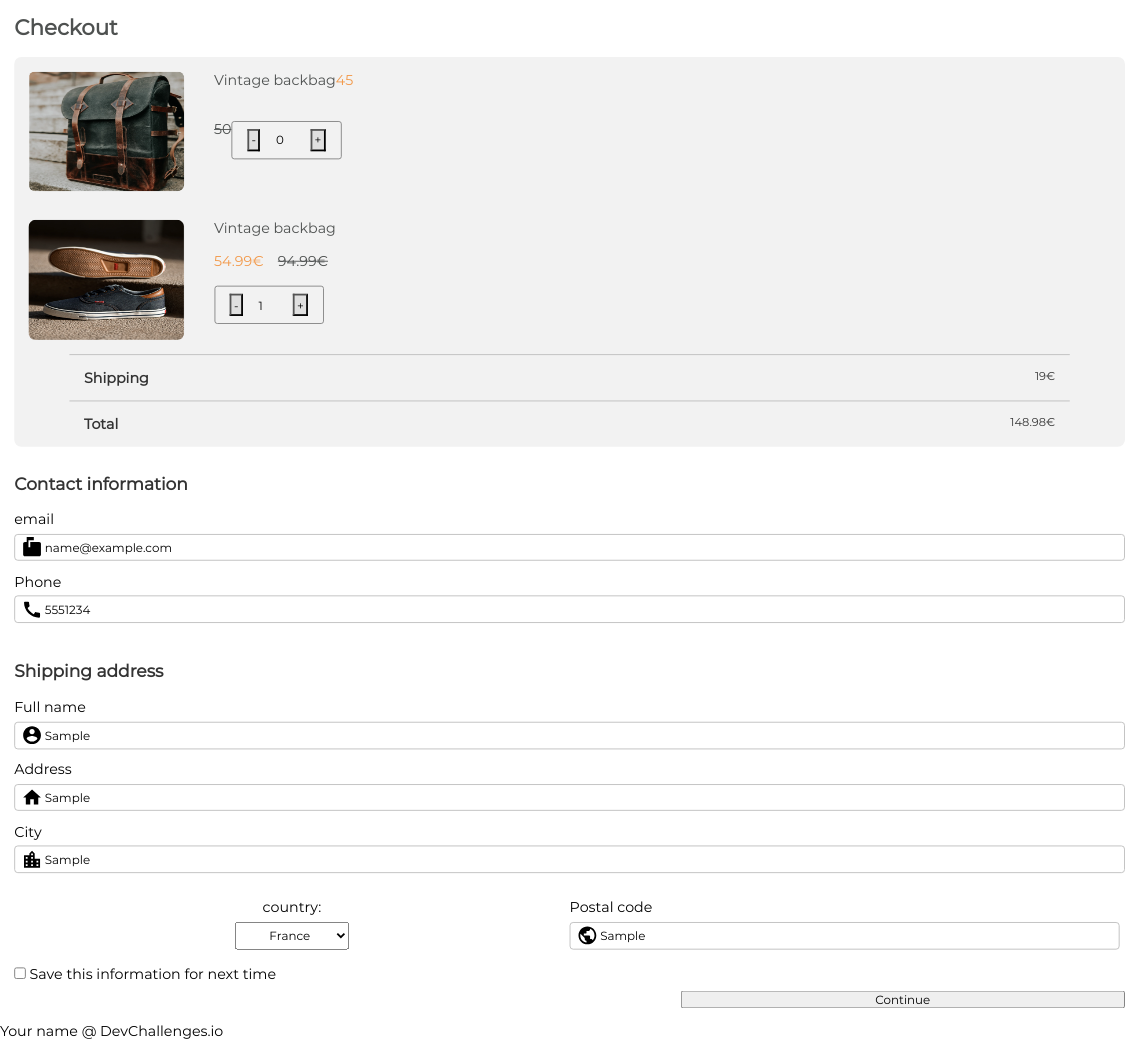
Repository: dubar-jeremy/checkout-page-master
Page: index.html
The author's editor kept a copy of each file at every save. The page is drawn from the files as they stood at one save, then again after the next save.
The browser window is 1280 px wide. The pictures show the whole page, at 89% of full size.
Empty fields were first filled with sample values (such as "Sample", 5 or name@example.com).
After loading, the first visible `button.nbr-article` was clicked once.
The style sheet was rebuilt from its Sass, Less or Tailwind sources for each picture, by a compiler version that may differ from the author's.

Above is the page before, as saved 2021-01-31 02:02:39.
Console error: TypeError: Cannot set properties of null (setting 'innerHTML')

### index.html
<!doctype html>
<html lang="fr">
<head>
  <meta charset="UTF-8">
  <meta name="viewport"
        content="width=device-width, user-scalable=no, initial-scale=1.0, maximum-scale=1.0, minimum-scale=1.0">
  <meta http-equiv="X-UA-Compatible" content="ie=edge">
  <link rel="stylesheet" href="style/style.css">
  <link href="https://fonts.googleapis.com/icon?family=Material+Icons"
        rel="stylesheet">
  <title>Document</title>
  <script src="js/form.js" type="text/javascript"></script>
</head>
<body>

<main>
  <div class="grid-container">
    <h1>Checkout</h1>
    <form>
      <h2>Contact information</h2>
      <div>
      <label for="email">email</label>
      <input class="email" type="email" name="email" id="email">
      <span class="invalid valid" id="email">E-mail invalide</span>
      </div>

      <div>
      <label for="tel">Phone</label>
      <input class="tel" type="tel" name="tel" id="tel">
      <span class="invalid">Numéro inccorect</span>
      </div>

      <h2>Shipping address</h2>

      <div>
      <label for="name">Full name</label>
      <input class="name" type="text" name="name" id="name">
      <span class="invalid">Champ obligatoire</span>
      </div>

      <div>
      <label for="address">Address</label>
      <input class="address" type="text" name="address" id="address">
      <span class="invalid">Champ obligatoire</span>
      </div>

      <div>
      <label for="city">City</label>
      <input class="city" type="text" name="city" id="city">
      <span class="invalid">Champ obligatoire</span>
      </div>


      <div class="form-btn">
        <div class="select-country">
          <label for="country">country:</label>
          <select id="country">
            <option value="france">France</option>
            <option value="england">Angleterre</option>
            <option value="spain">Espagne</option>
          </select>
          <span class="invalid">Champ obligatoire</span>
        </div>
        <div class="input-postal-code">
          <label for="postalCode">Postal code</label>
          <input class="postal-code" type="text" name="postalCode" id="postalCode">
          <span class="invalid">Champ obligatoire</span>
        </div>
      </div>

      <div>
        <input type="checkbox">
        <label>Save this information for next time</label>
      </div>
      <button type="submit">Continue</button>
    </form>
    <div class="checkout-container">
      <div class="inner-block">
        <img src="img/photo1.png">
        <div class="details-article">
          <h2>Vintage backbag</h2>
          <span class="new-price">54.99€</span>
          <span class="old-price">94.99€</span>
          <div class="click">
            <button class="nbr-article minus">-</button>
            <input type="text" value="0" class="nbr-value">
            <button class="nbr-article plus">+</button>
          </div>
        </div>
        <img src="img/photo2.png">
        <div class="details-article">
          <h2>Vintage backbag</h2>
          <span class="new-price">54.99€</span>
          <span class="old-price">94.99€</span>
          <div class="click">
            <button class="nbr-article">-</button>
            <input type="text" value="1">
            <button class="nbr-article">+</button>
          </div>
        </div>
      </div>
      <div class="price-part">
        <p>Shipping</p>
        <p>19€</p>
      </div>
      <div class="price-part">
        <p>Total</p>
        <p>148.98€</p>
      </div>
      <div>
      </div>
    </div>
</main>
<footer>
  <p>Your name @ DevChallenges.io</p>
</footer>
<!--<span class="material-icons">email</span>
<span class="material-icons">call</span>
<span class="material-icons">account_circle</span>
<span class="material-icons">home</span>
<span class="material-icons">location_city</span>
<span class="material-icons">public</span>
<span class="material-icons">markunread_mailbox</span>-->
</body>
</html>

### js/form.js
window.onload = function() {

  const plus = document.querySelector(".plus").addEventListener("click", increase);
  const minus = document.querySelector(".minus").addEventListener("click", decrease);

  let i = 0;
  let initialPrice = 50;
  let priceAfterDiscount = increase();

  function increase() {
      // price * 10 / 100 = 10% reduce
      i++

      let items = document.querySelector(".nbr-value").value = i;
      let qty = parseInt(items);
      let newPrice = initialPrice * qty;
      let priceBeforeDiscount = newPrice; // obligé de re assigner ici plutot qu'à la ligne 16 sinon erreur ??
      document.querySelector(".old-price").innerHTML = priceBeforeDiscount;
      newPrice -= newPrice * 10 / 100;
      let priceAfterDiscount = newPrice; // meme chose ici ??
      document.querySelector(".new-price").innerHTML = priceAfterDiscount;
      return priceAfterDiscount;
  }

  function decrease() {
      if (i >= 1) {
          i--
          let items = document.querySelector(".nbr-value").value = i;
          let qty = parseInt(items);
          let currentPrice = qty * priceAfterDiscount;
          document.querySelector("old-price").innerHTML = currentPrice;
          console.log(currentPrice);
      }
  }

}

### style/style.scss
/*
Colors, fonts & reset
*/

$main-title: #4e5150;
$sub-title: #333333;
$btn-price: #f2994a;

$form-title: #4f4f4f;
$form-placeholder: #828282;

$background-nbr-article: #e0e0e0;

$background-price: #f2f2f2;

@font-face {
  font-family: "Montserrat";
  src: url("/fonts/Montserrat/Montserrat-Regular.ttf") format("truetype");
}

* {
  margin: 0;
  padding: 0;
  box-sizing: border-box;
  font-family: "Montserrat", sans-serif;
}

/*
  Main area
*/

.grid-container {
  display: grid;
  grid-template-columns: 1fr;
  margin: 1em;

  h1 {
    grid-row: 1 / 2;
    color: $main-title;
    font-size: 1.5em;
    margin-bottom: 0.8em;
  }
}

form {
  display: flex;
  flex-direction: column;

  h2 {
    color: $sub-title;
    font-size: 1.2em;
    margin-top: 1.5em;
    margin-bottom: 1em;
  }

  input {
    width: 100%;
    margin-bottom: 1em;
    margin-top: 0.5em;
  }

  input[type="checkbox"] {
    width: inherit;
  }

  @mixin iconStyle {
    background-color: transparent;
    background-repeat: no-repeat;
    background-position: 0.5em center;
    padding-left: 2.5em;
    height: 2.3em;
    border: 0.09em solid #bdbdbd;
    border-radius: 0.3em;
  }

  .email {
    @include iconStyle;
    background-image: url("../icons/markunread_mailbox-24px.svg");
  }
  .tel {
    @include iconStyle;
    background-image: url("../icons/call-24px.svg");
  }
  .name {
    @include iconStyle;
    background-image: url("../icons/account_circle-24px.svg");
  }
  .address {
    @include iconStyle;
    background-image: url("../icons/home-24px.svg");
  }
  .city {
    @include iconStyle;
    background-image: url("../icons/location_city-24px.svg");
  }
  .postal-code {
    @include iconStyle;
    width: 99%;
    background-image: url("../icons/public-24px.svg");
  }

  .form-btn {
    width: 100%;
    display: flex;
    justify-content: space-between;
    margin-top: 1em;
    flex-wrap: wrap;
    align-items: center;

    .select-country {
      flex-basis: 50%;
      display: flex;
      flex-wrap: wrap;
      justify-content: center;

      label {
        width: 100%;
        text-align: center;
      }

      select {
        height: 2.3em;
        padding-left: 2.5em;
        margin-bottom: 1em;
        margin-top: 0.5em;
      }
    }

    .input-postal-code {
      flex-basis: 50%;
    }
  }

  button {
    width: 40%;
    align-self: end;
  }
}

.checkout-container {
  grid-row: 2 / 3;
  background: $background-price;
  border-radius: 0.5em;
}

.inner-block {
  display: grid;
  grid-template-columns: 1fr 1fr;
  grid-gap: 2em;
  max-width: 385px;
  max-height: 535px;
  margin: 1em;

  h2 {
    color: $main-title;
    display: inline;
    font-size: 1em;
    font-weight: normal;
  }

  img {
    width: 100%;
    max-width: 175px;
    max-height: 135px;
    border-radius: 0.5em;
  }

  .details-article {
    display: flex;
    flex-wrap: wrap;

    .new-price {
      color: $btn-price;
      margin-right: 1em;
    }

    .old-price {
      color: $main-title;
      text-decoration: line-through;
    }

    .click {
      display: flex;
      justify-content: space-around;
      width: 70%;
      height: min-content;
      background: transparent;
      border: 0.1em solid $form-placeholder;
      border-radius: 0.2em;
      padding: 0.5em;

      input {
        background: transparent;
        width: 20%;
        border: none;
      }

      .nbr-article {
        background: $background-nbr-article;
        padding: 0.2em;
      }
    }
  }
}

.price-part {
  display: flex;
  justify-content: space-between;
  width: 90%;
  margin: 0 auto;
  padding: 1em;
  border-top: 1px solid #bdbdbd;
  color: #333333;

  p:nth-child(1) {
    color: $sub-title;
    font-weight: bold;
  }

  p:nth-child(2) {
    font-size: 0.8em;
  }
}

.invalid {
  display: none;
  color: red;
}

.valid {
  color: green;
}

After the next save:
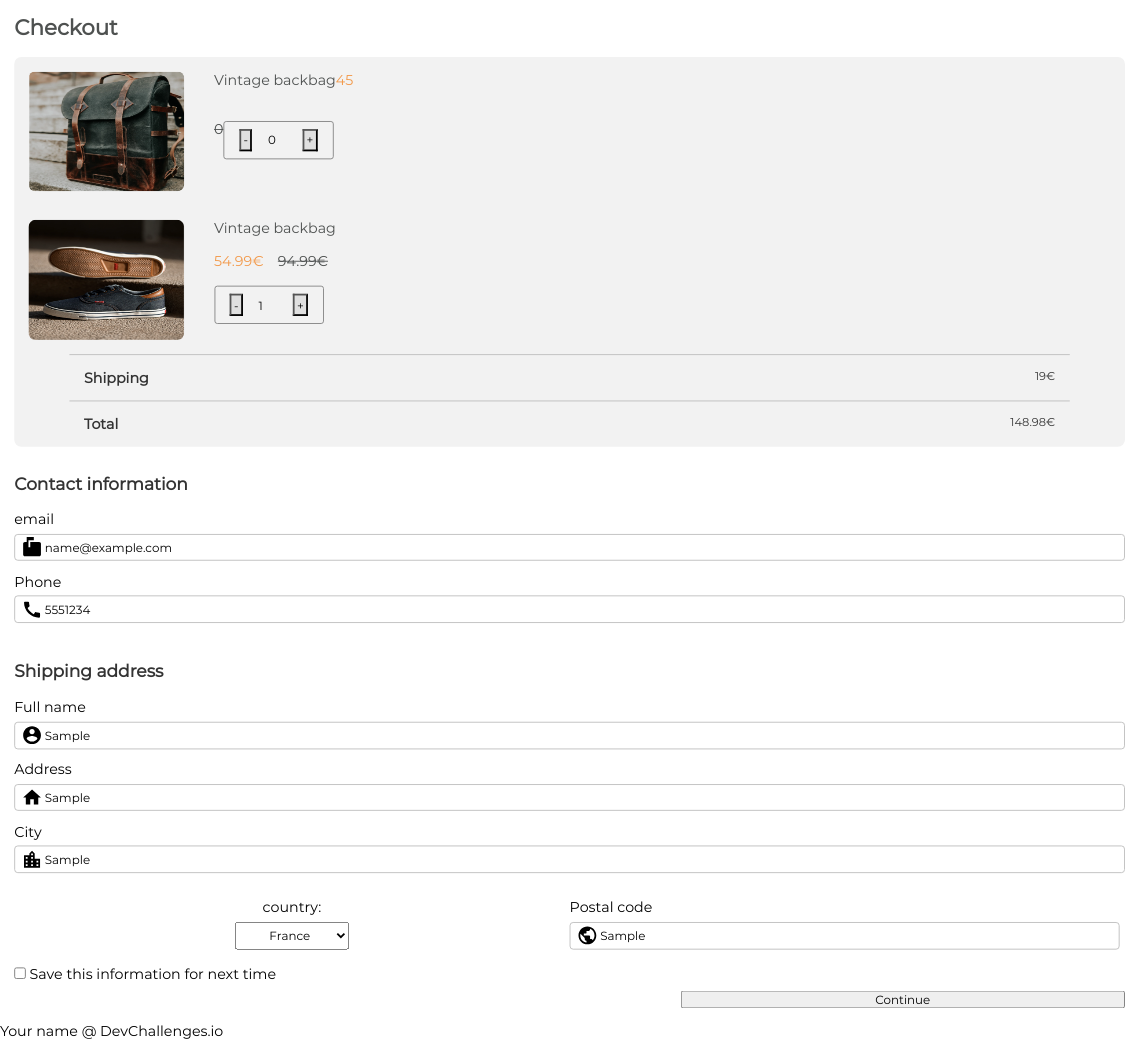
The error is gone.
Saved 20 s later.
--- a/js/form.js
+++ b/js/form.js
@@ -28,7 +28,7 @@ window.onload = function() {
           let items = document.querySelector(".nbr-value").value = i;
           let qty = parseInt(items);
           let currentPrice = qty * priceAfterDiscount;
-          document.querySelector("old-price").innerHTML = currentPrice;
+          document.querySelector(".old-price").innerHTML = currentPrice;
           console.log(currentPrice);
       }
   }
